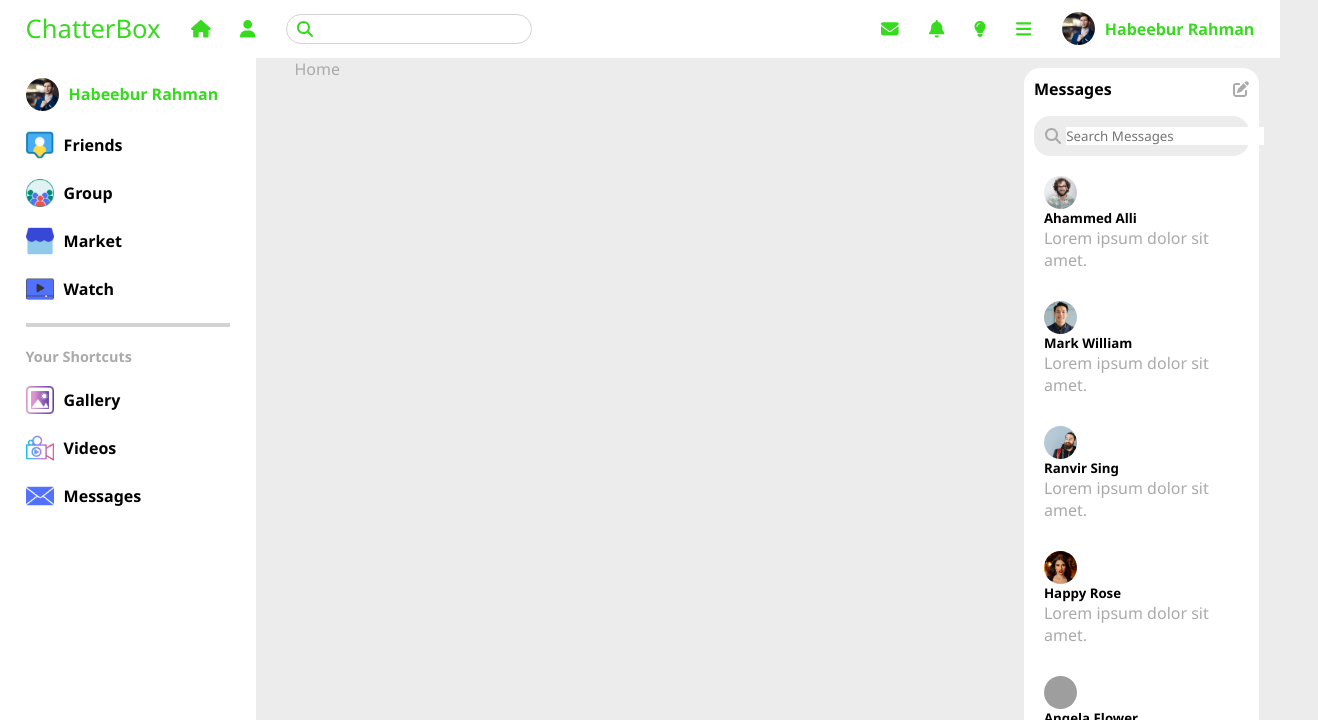
Repository: Habeebur1493/social-media-app
Page: /
An editor plug-in stored every save of this project. The page is shown before and after the next save, followed by the edit.
The browser window is 1280 px wide. The page is 1318 px wide, so the pictures cover 1318 px, including what lies to the right of the window. The pictures show the whole page.
Pictures or frames that could not be fetched are drawn as grey boxes. The project was rebuilt for these pictures with package versions that can differ from the ones it lists, and the page was loaded fresh each time. Also part of the build but not shown: vite.config.js, src/pages/login/login.css, src/pages/login/Login.jsx, src/pages/signup/signup.css, src/pages/signup/Signup.jsx, src/pages/profile/Profile.jsx, src/pages/chatbox/Chatbox.jsx.

Above is the page before, as saved 2025-01-29 11:45:26.

### src/App.jsx
import './App.css'
import Layout from './Layout/layout'

function App() {

  return (
    <>
      <Layout />

    </>
  )
}

export default App

### src/App.css
*{
  margin: 0;
  padding: 0;
  box-sizing: border-box;
  text-align: none;
  list-style: none;
  font-family: 'Segoe UI', Tahoma, Geneva, Verdana, sans-serif;
  text-decoration: none;
  outline: none;
  border: none;
}

:root{
  --color-primary:#37da1e;
  --text-color: black;
  --color-bg:rgb(236, 236, 236);
  --color-card: white;
  --color-soft:#aaaaaa;
  --color-border:lightgray;
  --color-red:red;
}

.darkmode{
  --text-color: white;
  --color-bg:black;
  --color-card:#111111;

}

body{
  overflow-x: hidden;
}

.container{
  max-width: 991px;
  width: 100%;
  margin: 0 auto;
}
h1,h2,h3,h4,h5{
  font-weight: 600;
  color: var(--text-color);
}
img{
  width: 100%;
  display: block;
  object-fit: cover;
}
.user{
  display: flex;
  align-items: center;
  gap: 10px;
}
.user img{
  width: 33px;
  aspect-ratio: 1/1;
  border-radius: 50%;
}
.user h4{
  color: var(--color-primary)
}
body{
  background: var(--color-bg);
  color: var(--color-soft);
}
small,p{
  color: var(--color-soft);
}
.btn{
  padding: .6rem 1.6rem;
  display: inline-block;
  width: fit-content;
  cursor: pointer;
  border-radius: .5rem;
  font-size: .9rem;
  font-weight: 500;
  border: none;
  transition: .3s ease;

}
.btn:hover{
  opacity: .7;
}
.btn-primary{
  background: var(--color-primary);
  color: white;
}

.btn-red{
  background: var(--color-red);
  color: white;
}

main{
  display: grid;
  grid-template-columns: 20% 54% 23%;
  gap: 3%;
  width: 100%;
}

### src/Layout/layout.jsx
import React from 'react'

import { createBrowserRouter, Outlet, RouterProvider } from 'react-router-dom'

//Pages.....
import Login from '../pages/login/Login'
import Signup from '../pages/signup/Signup'
import Home from '../pages/home/Home'
import Profile from '../pages/profile/Profile'
import Chatbox from '../pages/chatbox/Chatbox'


//Components.....
import Nav from '../components/nav/Nav'
import LeftBar from '../components/leftbar/LeftBar'
import RightBar from '../components/rightbar/RightBar'

export default function layout() {

//Feed..........
const Feed = () => {
    return (
        <>
        <Nav/>
            <main>
                <LeftBar/>
                <div className="container">
                    <Outlet/>
                </div>
                <RightBar/>
            </main>
        </>
    )
}


    //Router..........
    const router = createBrowserRouter([
        {
            path : '/',
            element : <Feed/>,
            children: [
                {
                    path : '/',
                    element :<Home/>
                },
                {
                    path : '/profile/:id',
                    element :<Profile/>
                },
                {
                    path : '/chatbox/:id',
                    element :<Chatbox/>
                },
               ]
        },

        {
            path : '/login',
            element : <Login/>
        },
        {
            path : '/signup',
            element : <Signup/>
        },
    ])


    return (
        <>
            <RouterProvider router={router} />
        </>
    )
}

### src/pages/home/Home.jsx
import React from 'react'

export default function Home(){
  return (
    <div>
        Home
    </div>
  )
}

### src/components/nav/Nav.jsx
import React from 'react'
import './nav.css'
import { Link } from 'react-router-dom'

//Fake API............

import CurrentUser from '../../FackApis/CurrentUserData'

//Components............

import Darkmode from '../darkmod/Darkmode'

// FontAwesome Icons............
import { FontAwesomeIcon } from '@fortawesome/react-fontawesome'
import { faSearch, faHome, faUser, faEnvelope, faBell, faBars } from '@fortawesome/free-solid-svg-icons'


export default function Nav() {
  return (
    <nav>
      <div className="nav-container">
        {/* ............Nav Left........ */}
        <div className="nav-left">
          <Link to='/'>
            <h3 className='logo'>ChatterBox</h3>
          </Link>
          <Link to='/'>
            <FontAwesomeIcon icon={faHome}/>
          </Link>
          <Link to='/profile/id'>
            <FontAwesomeIcon icon={faUser}/>
          </Link>
          <div className="Nav-Searchbar">
            <FontAwesomeIcon icon={faSearch}/>
            <input type="search" />
          </div>
        </div>
{/* ............Nav Right........ */}
        <div className="nav-right">
          <Link to='/chatbox/id'>
            <FontAwesomeIcon icon={faEnvelope}/>
          </Link>
          <Link to='/'>
            <FontAwesomeIcon icon={faBell}/>
          </Link>
          <Darkmode/>
          <Link to='/'>
            <FontAwesomeIcon icon={faBars}/>
          </Link>
          <div className="user">
            <img src={CurrentUser.map(user => (user.ProfieImage))} alt="" />
            <h4>Habeebur Rahman</h4>
          </div>
        </div>
      </div>
    </nav>
  )
}

### src/components/leftbar/LeftBar.jsx
import React from 'react'
import './leftbar.css'
import { Link } from 'react-router-dom'


//Components.......
import CurrentUser from '../../FackApis/CurrentUserData'

//Icon Image......
import Friend from '../../assets/icon/1.png'
import Group from '../../assets/icon/2.png'
import Market from '../../assets/icon/3.png'
import Watch from '../../assets/icon/4.png'
import Gallery from '../../assets/icon/5.png'
import Videos from '../../assets/icon/6.png'
import Messages from '../../assets/icon/7.png'

export default function LeftBar() {
  return (
    <div className='leftbar'>
      <div className="left-container">
        <div className="menu">
          <Link to='/profile/id'>
          <div className="user">
            <img src={CurrentUser.map(user=>(user.ProfieImage))} alt="" />
            <h4>Habeebur Rahman</h4>
          </div>
          </Link>
          <Link to='/'>
          <div className="item">
            <img src={Friend} alt="" />
            <h4>Friends</h4>
          </div>
          </Link>
          <Link to='/'>
          <div className="item">
            <img src={Group} alt="" />
            <h4>Group</h4>
          </div>
          </Link>
          <Link to='/'>
          <div className="item">
            <img src={Market} alt="" />
            <h4>Market</h4>
          </div>
          </Link>
          <Link to='/'>
          <div className="item">
            <img src={Watch} alt="" />
            <h4>Watch</h4>
          </div>
          </Link>

        </div>
          <hr />
        <div className="menu">
          <h4 className='others'>Your Shortcuts</h4>
          <Link to='/'>
          <div className="item">
            <img src={Gallery} alt="" />
            <h4>Gallery</h4>
          </div>
          </Link>
          <Link to='/'>
          <div className="item">
            <img src={Videos} alt="" />
            <h4>Videos</h4>
          </div>
          </Link>
          <Link to='/'>
          <div className="item">
            <img src={Messages} alt="" />
            <h4>Messages</h4>
          </div>
          </Link>
        </div>
      </div>
    </div>
  )
}

### src/components/rightbar/RightBar.jsx
import React from 'react'
import './rightbar.css'

//Components.......
import Message from '../message/Message'
import FriendReq from '../friendReq/FriendReq'


export default function RightBar() {
  return (
    <div className='rightbar'>
      <div className="rightbar-container">
        <Message/>
        <FriendReq/>
      </div>
    </div>
  )
}

### src/components/nav/nav.css
nav{
    height: 3.6rem;
    display: flex;
    align-items: center;
    justify-content: center;
    border-bottom: 1px solid var (--color-border);
    color: var(--color-primary);
    position: sticky;
    z-index: 10;
    background: var(--color-card);
    top: 0;
}

.nav-container{
    width: 96%;
    display: flex;
    align-items: center;
    justify-content: space-between;
}
.nav-container a{
    color: var(--color-primary);
    font-size: 1.1rem;
}
.nav-left{
    display: flex;
    align-items: center;
    gap: 30px
}

.logo{
    color: var(--color-primary);
    font-size: 1.6rem;
    font-weight: 400;
}

.Nav-Searchbar{
    display: flex;
    align-items: center;
    gap: 10px;
    border: 1px solid var(--color-border);
    border-radius: 2rem;
    padding: 5px 10px;
}

.Nav-Searchbar input{
    background: transparent;
    color: var(--color-primary);
}
.nav-right{
    display: flex;
    align-items: center;
    gap: 30px;
}

/* Media Queries */

@media(max-width: 768px) {
     nav .user{
        display: none;
     }
     .nav-container a{
        font-size: 1rem;
     }
     .nav-container .logo{
        font-size: 1.3rem;
     }
     .Nav-Searchbar{
        border: none;
        padding: 0;
     }
     .Nav-Searchbar input{
        display: none;
     }
     .nav-left, .nav-right{
        gap: 20px;
     }
}

### src/FackApis/CurrentUserData.js

import ProfieImage from '../assets/img/CurentProfile.jpeg';
import CoverPhoto from '../assets/img/CoverPhotos.jpg';

const CurrentUser = [
    {
        id: 'me',
        name : 'Habeebur Rahman',
        username: '@theHabeebur',
        ProfieImage: ProfieImage,
        CoverPhoto: CoverPhoto
    }
];

export default CurrentUser;

### src/components/darkmod/Darkmode.jsx
import React from 'react'
import './darkmode.css'


// FontAwesome Icon........


import { FontAwesomeIcon } from '@fortawesome/react-fontawesome'
import { faLightbulb } from '@fortawesome/free-solid-svg-icons'

export default function Darkmode() {

  const Darkmode = () => {
    document.querySelector('body').classList.toggle('darkmode');
  }
  return (
    <div className='dark-mood-icon'>
        <FontAwesomeIcon icon={faLightbulb}
        onClick={Darkmode} />
    </div>
  )
}

### src/components/leftbar/leftbar.css
.leftbar{
    position: sticky;
    top: 3.6rem;
    background: var(--color-card);
    height: calc(100vh -3.6rem);
    overflow: auto;
}
.leftbar::-webkit-scrollbar{
    display: none;
}
.left-container{
    width: 80%;
    margin: 0 auto;
}
.left-container .user{
    margin-top: 20px;
}

.left-container .item{
    display: flex;
    align-items: center;
    gap: 10px;
    margin: 20px 0;
}
.left-container .item img{
    width: 28px;
}

hr{
    background: var(--color-border);
    border: none;
    height: 4px;
    margin-bottom: 20px;
}
.others{
    color: var(--color-soft);
    font-size: .9rem;
}

/* Media Quries */

@media (max-width: 1024px){
    .left-container{
        width: fit-content;
    }
    .left-container h4{
        display: none;
    }
}

@media (max-width:991px){
    .leftbar{
        display: none;
    }
}

### src/components/rightbar/rightbar.css
.rightbar{
    height: calc(100vh - 3.6rem);
    /* background: var(--color-card); */
    position: sticky;
    top: 3.6rem;
    overflow: auto;
}

.rightbar::-webkit-scrollbar{
    display: none;
}
.rightbar-container{
    width: 80%;
}

### src/components/message/Message.jsx
import React from 'react'
import { Link } from 'react-router-dom'

import './message.css'

//Fack Api.............

import MessageData from '../../FackApis/MessageData'

// Font Awesome Icons............

import { FontAwesomeIcon } from '@fortawesome/react-fontawesome'
import { faSearch, faHome, faUser, faEnvelope, faBell, faBars, faEdit } from '@fortawesome/free-solid-svg-icons'

export default function Message() {
  return (
    <div className='message'>
      <div className="message-top">
        <h4>Messages</h4>
        <FontAwesomeIcon icon={faEdit}/>
      </div>
      <div className="message-search">
        <FontAwesomeIcon icon={faSearch}/>
        <input type="search" placeholder='Search Messages'/>
      </div>
      <div className="border-div"></div>

      {
        MessageData.map((message) => (
          <Link to='/chatbox/id'>
            <div className="message" key={message.id}>
              <div className="user">
                <img src={message.img} alt="" />
                <div className="green-active"></div>
              </div>
              <div className="message-body">
                <h5>{message.name}</h5>
                <p>{message.mText}</p>
              </div>
            </div>
          </Link>
        ))
      }
    </div>
  )
}

### src/components/friendReq/FriendReq.jsx
import React from 'react'

export default function FriendReq() {
  return (
    <div>FriendReq</div>
  )
}

### src/components/darkmod/darkmode.css
.dark-mood-icon:{
    transition: .3s ease;
}

.dark-mood-icon:hover{
    transform: scale(1.2);

}

### src/components/message/message.css
.message{
    background: var(--color-card);
    margin: 10px auto;
    border-radius: 1rem;
    padding: 10px;
}

.message-top{
    display: flex;
    align-items: center;
    justify-content: space-between;
    margin-bottom: 1rem;
}

.message-search{
    background: var(--color-bg);
    display: flex;
    gap: 5px;
    align-items: center;
    border-radius: 1rem;
    padding: .7rem;
}

### src/FackApis/MessageData.js

import MeessageImage1 from '../assets/img/MessageProfile1.png'
import MeessageImage2 from '../assets/img/MessageProfile2.jpg'
import MeessageImage3 from '../assets/img/MessageProfile4.jpg'
import MeessageImage4 from '../assets/img/MessageProfile5.jpg'
import MeessageImage5 from '../assets/img/MessageProfile6.jpg'


const Messages =[
    {
        id: 1,
        name: 'Ahammed Alli',
        img: MeessageImage1,
        mText: 'Lorem ipsum dolor sit amet.'
    },
    {
        id: 2,
        name: 'Mark William',
        img: MeessageImage2,
        mText: 'Lorem ipsum dolor sit amet.'
    },
    {
        id: 3,
        name: 'Ranvir Sing',
        img: MeessageImage3,
        mText: 'Lorem ipsum dolor sit amet.'
    },
    {
        id: 4,
        name: 'Happy Rose',
        img: MeessageImage4,
        mText: 'Lorem ipsum dolor sit amet.'
    },
    {
        id: 5,
        name: 'Angela Flower',
        img: MeessageImage5,
        mText: 'Lorem ipsum dolor sit amet.'
    },
];


export default Messages;

Loaded but not shown: index.html (common file); src/main.jsx (common file)

After the next save:
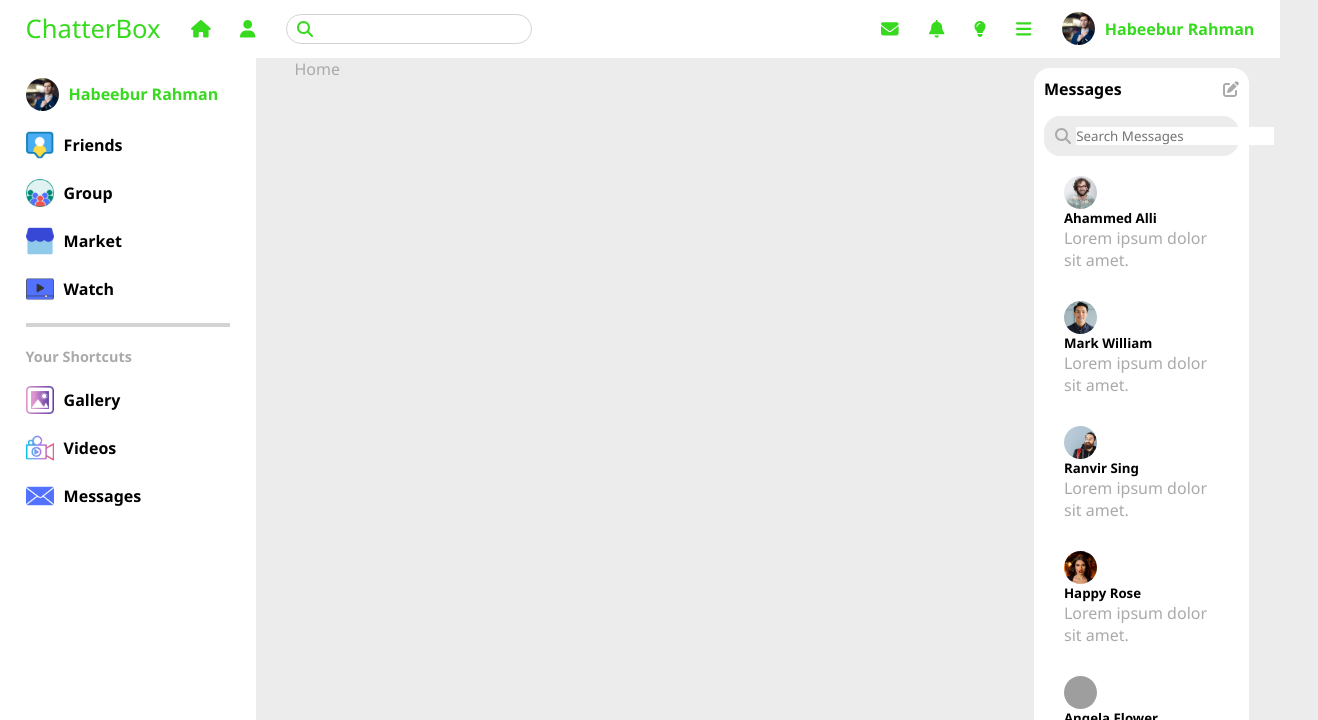
Saved 7 s later.
--- a/src/components/message/message.css
+++ b/src/components/message/message.css
@@ -1,6 +1,6 @@
 .message{
     background: var(--color-card);
-    margin: 10px auto;
+    margin: 10px;
     border-radius: 1rem;
     padding: 10px;
 }

After the save that followed:
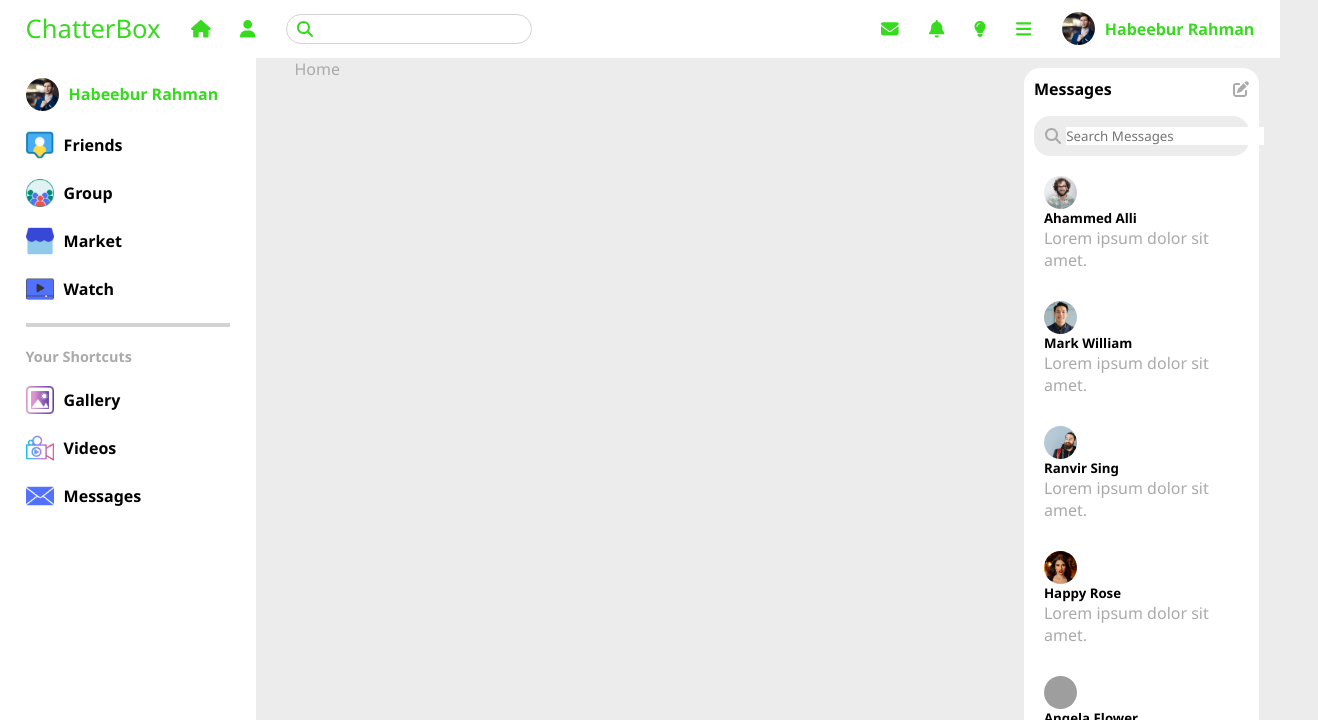
Saved 8 s later.
--- a/src/components/message/message.css
+++ b/src/components/message/message.css
@@ -1,6 +1,6 @@
 .message{
     background: var(--color-card);
-    margin: 10px;
+    margin: 10px auto;
     border-radius: 1rem;
     padding: 10px;
 }
